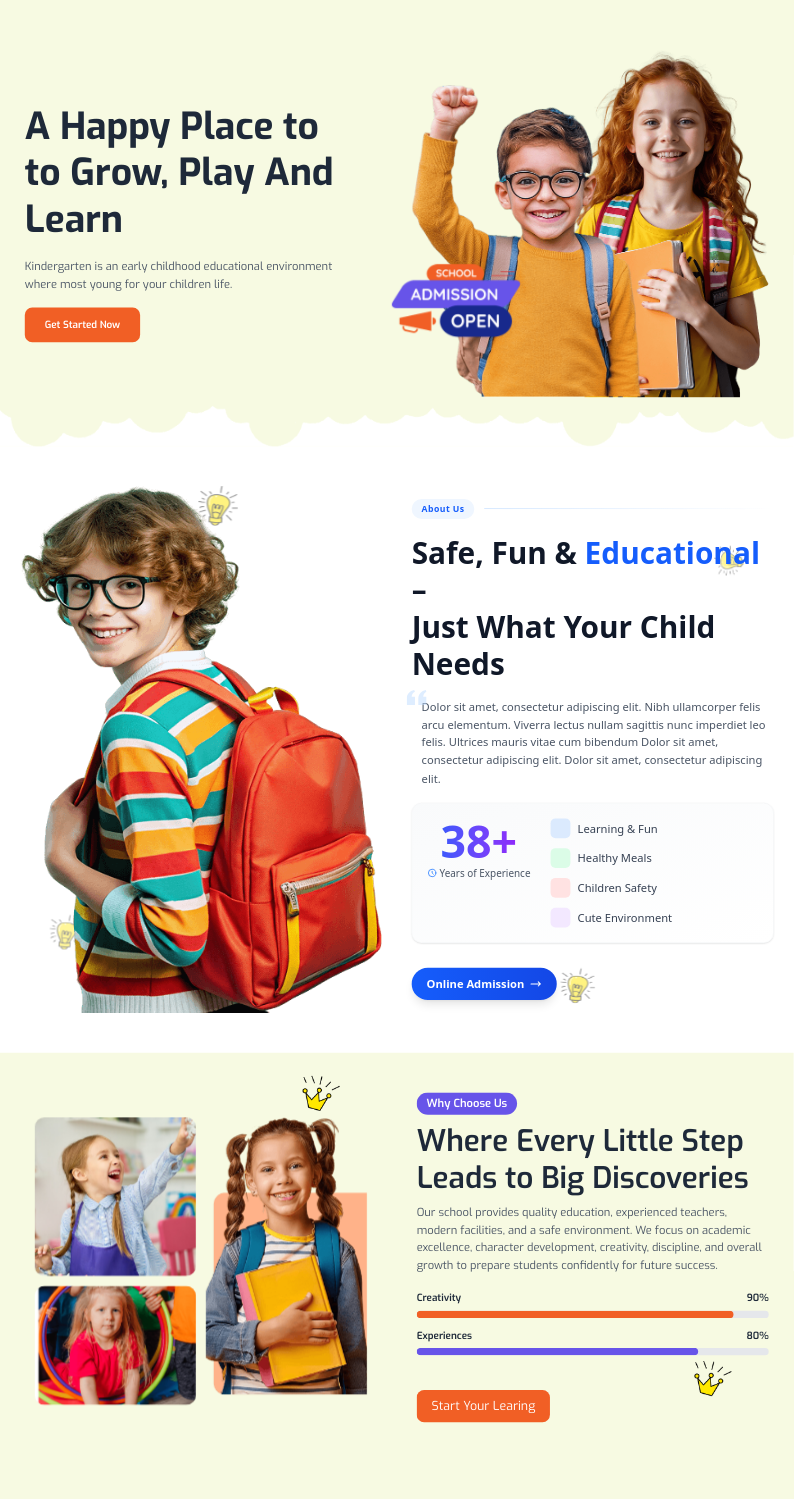
Repository: deepak445566/school
Page: / (app in okwork/)
An editor plug-in stored every save of this project. The page is shown before and after a run of saves, followed by the edit.
The browser window is 1280 px wide. The pictures show the whole page, at 62% of full size.
Some web fonts or font styles are not loaded; a fallback is used. The project was rebuilt for these pictures with package versions that can differ from the ones it lists, and the page was loaded fresh each time. Some packages were replaced by stand-ins written for this rebuild. Also part of the build but not shown: okwork/vite.config.js.

Above is the page before, as saved 2026-02-18 19:13:16.

After the next 3 saves:
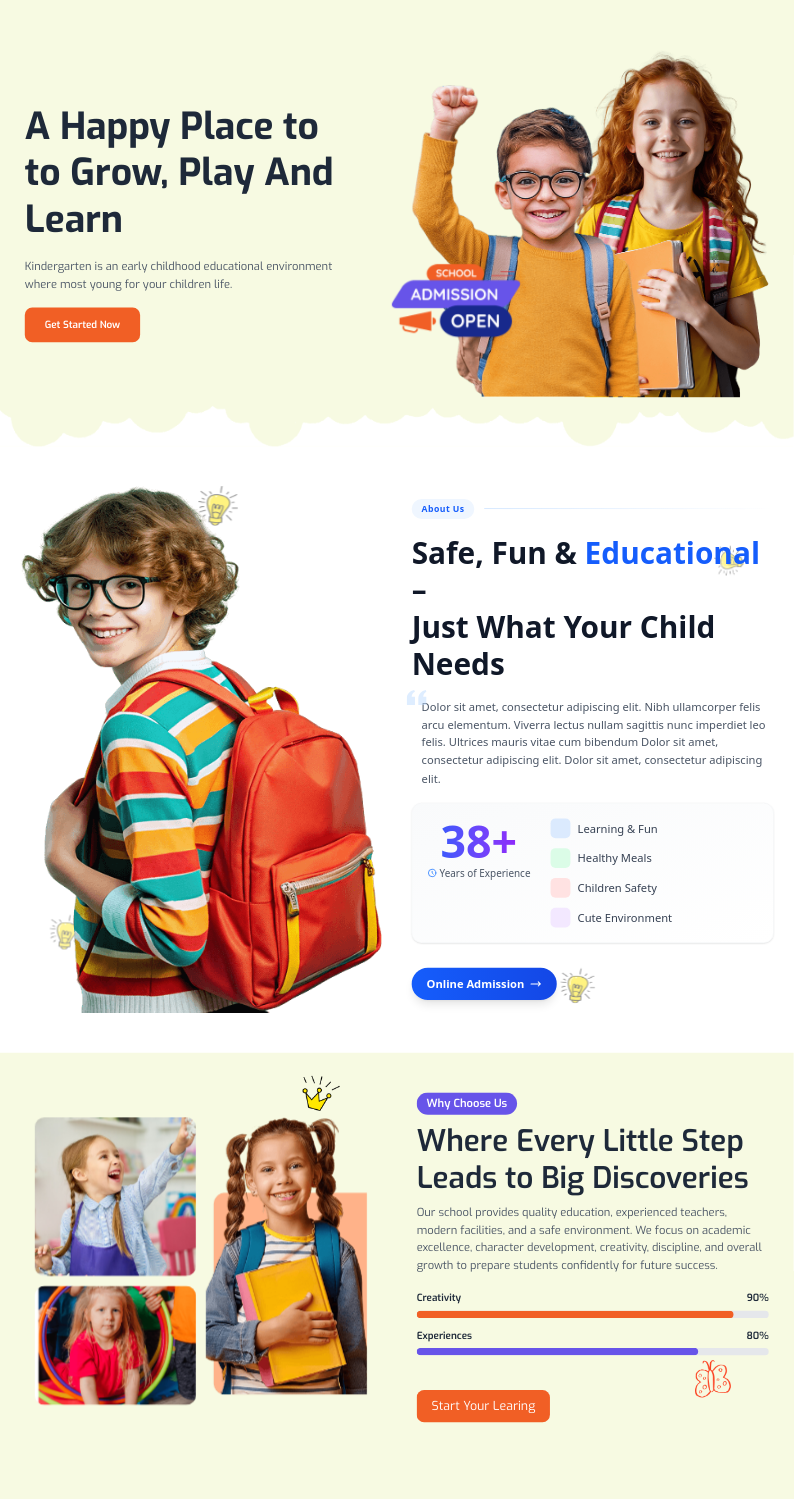
The 3 saves are shown as one change because they came seconds apart.
The last was saved 11 s later.
--- a/okwork/src/components/WhyChooseUs.jsx
+++ b/okwork/src/components/WhyChooseUs.jsx
@@ -108,7 +108,7 @@
             </div>
             <div>
               <img
-                src="/images/coun-shape.png"
+                src="/images/butarfly.png"
                 alt="Decorative element"
                 className="absolute bottom-0 -right-5 lg:right-7  z-20 w-13 h-13 md:w-15 md:h-15 object-contain -translate-x-4 -translate-y-4 animate-bounce-slow "
               />
